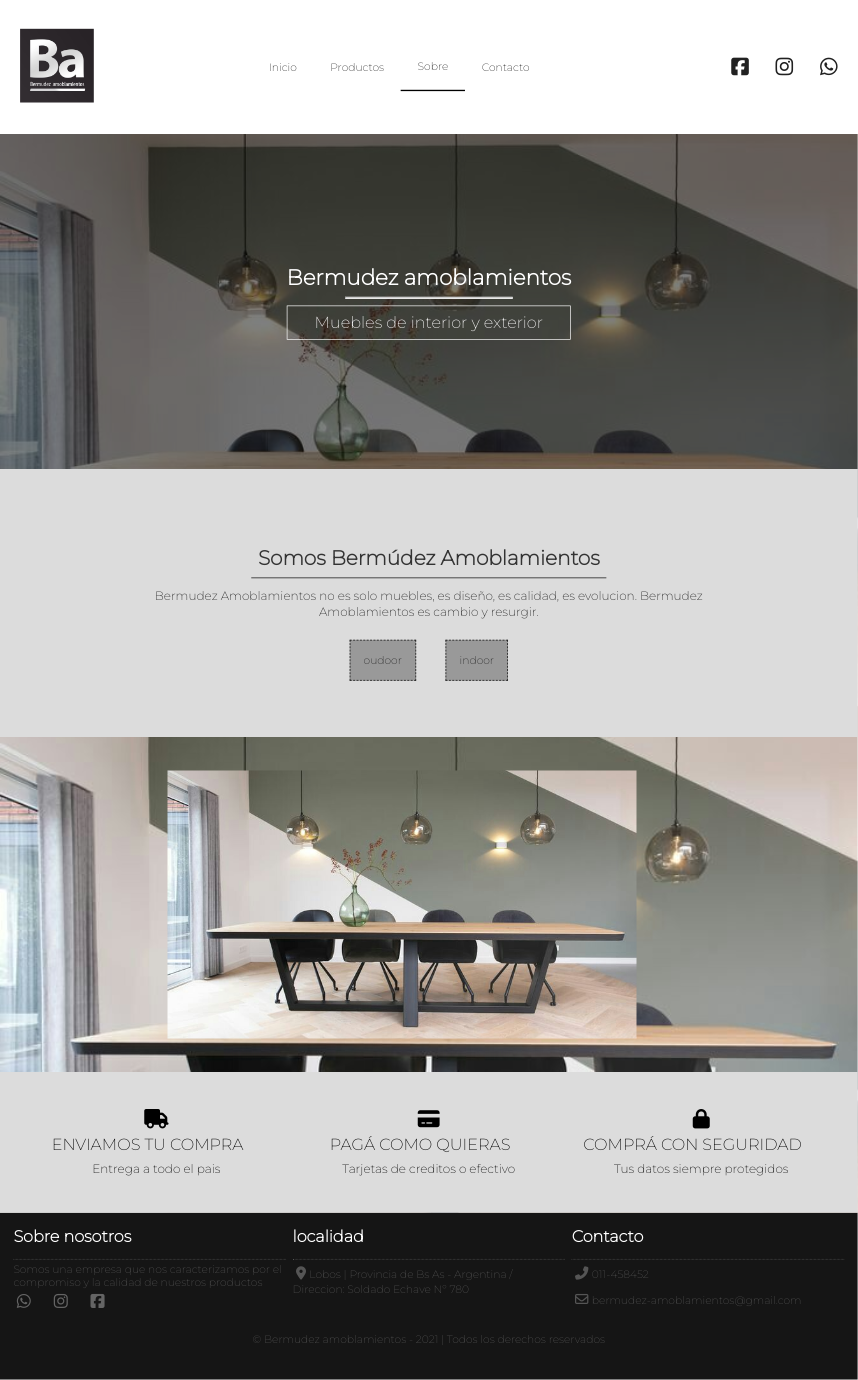
Repository: DamianBermudez94/Bermudez-amoblamientos
Page: index.html
The author's editor kept a copy of each file at every save. The page is drawn from the files as they stood at one save, then again after the next save.
The browser window is 1280 px wide. The pictures show the whole page, at 67% of full size.
Backgrounds fixed to the window are drawn as part of the page. Some web libraries are served in a nearby version.

Above is the page before, as saved 2022-09-22 18:31:54.

### index.html
<!DOCTYPE html>
<html lang="es">
<head>
    <meta charset="UTF-8">
    <meta http-equiv="X-UA-Compatible" content="IE=edge">
    <meta name="viewport" content="width=device-width, initial-scale=1.0">

    <title>Bermudez-Amoblamientos</title>
    <link rel="shortcut icon" href="Imagenes/favicon (1).jpg" type="image/x-icon">
    <!--Estilos-->
    <link rel="preconnect" href="https://fonts.googleapis.com">
    <link rel="preconnect" href="https://fonts.gstatic.com" crossorigin>
    <link href="https://fonts.googleapis.com/css2?family=Montserrat:wght@200&display=swap" rel="stylesheet">
    <script src="https://kit.fontawesome.com/bdbed0aafa.js" crossorigin="anonymous"></script>
    <link rel="preconnect" href="https://fonts.gstatic.com">
    <link href="https://fonts.googleapis.com/css2?family=Roboto:ital,wght@0,300;0,400;1,100;1,300;1,700&display=swap" rel="stylesheet">
    <!--Componente del header-->
    <script defer src="./header/header.js"></script>
    <link rel="stylesheet" href="./header/header.css">

    <!--Componente del footer-->
    <script defer src="./footer/footer.js"></script>
    <link rel="stylesheet" href="./footer/footer.css">

    <script defer src="slider.js"></script>
    <!--Estilos del index-->
    <link rel="stylesheet" href="index.css">
    <script defer src="index.js"></script>

</head>
<body>
    <!--Ir arriba-->
    <div class="go-top">
        <span><i class="fas fa-chevron-up"></i> <a href="https://www.whatsapp.com"><i class="fab fa-whatsapp"></i></a></span>
    </div>
    <header class="header">

    </header>
    <main class="main" >
        <section class="welcome">
            <div class="welcome__container">
                <h1 class="welcome__title">Bermudez amoblamientos</h1>
                <hr class="linea-title">
                <p class="welcome__sub-title">Muebles de interior y exterior</p>

            </div>
        </section>


        <section class="sobre-nosotros">
            <div class="container-tip">
                <h2 class="title-somos-nosotros">Somos Bermúdez Amoblamientos</h2>

                <p class="title-parrafo">Bermudez Amoblamientos no es solo muebles, es diseño, es calidad, es evolucion. Bermudez Amoblamientos es cambio y resurgir.</p>
                <div class="enlaces">
                    <a class="btn-enlaces" href="oudoor.html">oudoor</a>
                    <a class="btn-enlaces" href="indoor.html">indoor</a>
                </div>
            </div>
        </section>
        <!--Seccion Productos-->

            <section class="section-slider">
                <div class="flexslider">
                    <div class="slider" id="slider">
                        <div class="slider-section">
                            <img class="slider-img" src="./indoor/img-indoor/imagenes-indoor/IMG-20210325-WA0018.jpg" alt="">
                            <!--<section class="flex-slider">
                              <h2 class="slider-title">Productos al 50%</h2>
                              <p class="slider-txt">Ofertas</p>
                              <a href="" class="slider__link">Comprar</a>
                            </section>-->
                        </div>
                        <div class="slider-section">
                            <img class="slider-img" src="./indoor/img-indoor/imagenes-indoor/IMG-20210325-WA0019.jpg" alt="">
                            <!--<section class="flex-slider">
                              <h2 class="slider-title">Productos al 50%</h2>
                              <p class="slider-txt">Ofertas</p>
                              <a href="" class="slider__link">Comprar</a>
                            </section>-->

                        </div>
                        <div class="slider-section" >
                            <img class="slider-img" src="./indoor/img-indoor/imagenes-indoor/IMG-20210325-WA0028.jpg" alt="">
                            <!--<section class="flex-slider">
                              <h2 class="slider-title">Productos al 50%</h2>
                              <p class="slider-txt">Ofertas</p>
                              <a href="" class="slider__link">Comprar</a>
                            </section>-->

                        </div>
                    </div>
                    <!--<span class="btn-slider slider_btn-right" id="btn-right"><i class="fas fa-chevron-right"></i></i></span>
                    <span class="btn-slider slider_btn-left" id="btn-left"><i class="fas fa-chevron-left"></i></span>-->
                </div>
            </section>
                <!--<div class="container-editor">
                    <div class="editor__item">
                        <img src="Imagenes/IMG-20210325-WA0014.jpg" alt="" class="editor-img">
                        <p class="editor-circle">Muebles de interior</p>
                    </div>
                    <div class="editor__item">
                        <img  src="Imagenes/IMG-20210325-WA0026.jpg" alt="" class="editor-img">
                        <p class="editor-circle">Muebles de exterior</p>
                    </div>
                </div>-->
            <!--Seccion tips de compras -->
            <section class="container-tips">
                <div class="tip">
                    <i class="tip-icon fas fa-truck"></i>
                    <h2 class="tip-title">ENVIAMOS TU COMPRA</h2>
                    <p class="parrafo-tips">Entrega a todo el pais</p>

                   <!-- <a href="" class="btn-tip">Comprar</a>
                  <a href="" class="btn-tip">comprar</a>
                  <a href=""class="btn-tip">Comprar</a>-->
                </div>
                <div class="tip">
                    <i class="fas fa-credit-card"></i>
                    <h2 class="tip-title">PAGÁ COMO QUIERAS</h2>
                    <p class="parrafo-tips">Tarjetas de creditos o efectivo</p>

                </div>
                <div class="tip">
                    <i class="fas fa-lock"></i>
                    <h2 class="tip-title">COMPRÁ CON SEGURIDAD</h2>
                  <p class="parrafo-tips">Tus datos siempre protegidos</p>
                </div>

            </section>

    </main>
    <!--Footer-->

    <footer class="footer">

    </footer>
</body>
</html>

### header/header.css
/** Estilos del header **/

.header {
 background-color: #fff;

}

.main-header .container {
  position: fixed;
  top: 0;
  left: 0;
  width: 100%;
  height: 30%;
  display: flex;
  align-items: center;
  justify-content: space-between;
  background: #fff;
  z-index: 9999999999;
  padding: 50px;
}

.main-header__container {
  width: 100%;
  display: flex;
  justify-content:space-between;
  padding: 50px;
}
.redes-sociales {
  color: #212121;
  font-size: 35px;
  margin: 5px;
}

.redes-sociales:hover {
  color: #154f66;
}

.main-header__container-redes {
  display: none;
}

.title-img {
  object-fit: cover;
  width: 100px;
  height: 100px;

}
.img_title {
  position: relative;
  top: 0;
  left: 10px;
}

/** Estilos del Menu **/
.main-nav {
  opacity: 0;
  visibility: hidden;
  transition: all 0.5s;
  z-index: 9999999;
}
.mostrar {
  opacity: 1;
  visibility: visible;
}

.menu {
  position: absolute;
  top: 120px;
  left: 0;
  background: #212121;
  width: 100%;
  list-style: none;
  margin: 0;
  padding: 0;
}
.menu__items {
  margin: auto;
}

.menu-link {
  padding: 25px;
  border-bottom: 1px solid #646464;
  color: #fff;
  text-decoration: none;
  display: block;
}
.menu-link:hover {
  background: #000;
  color: #fff;
}

.sub-menu {
  display: none;
}

.sub-link {
  padding-left: 45px;
  border-bottom: 1px solid #646464;
  text-decoration: none;
  color: #fff;
  display: block;
  font-weight: 300;
  font-size: 16px;
}
.sub-link:hover {
  background: #000;
  color: #fff;
  width: 100%;
}
.sub-items .sub-link {
  list-style: none;
  margin: 0 10px;
  padding: 25px 0;
  padding-left: 48px;
}

.main-header__btn {
  border: 1px solid #000;
  display: block;
  padding: 10px 30px;
  color: #000;
  margin: 10px 0;
  text-decoration: none;
}
.btn-menu{
  position: relative;
  top: 35px;
  left: 95px;
  cursor: pointer;
  transition: all 0.5s ease-in-out ;
}
.menu-btn_burger{
  width: 30px;
  height: 3px;
  position: relative;
  top: 35px;
  left: 20px;
  border-radius: 5px;
  background-color: #000;
  transition: all 0.5s ease-in-out;
}
.menu-btn_burger::before,
.menu-btn_burger::after{
 content: "";
 position: absolute;
 top:0;
 left: 0;
 width: 30px;
 height: 3px;
 background-color: #000;
 border-radius: 5px;
 transition: all 0.5s ease-in-out;
}
.menu-btn_burger::before{
  transform: translateY(-16px);
}
.menu-btn_burger::after{
  transform: translateY(16px);
}
.btn-menu.open .menu-btn_burger {
  transform: translateX(-50px);
  background-color: transparent;
}
.btn-menu.open .menu-btn_burger::before {
  transform: rotate(45deg) translate(35px, -35px);
}
.btn-menu.open .menu-btn_burger::after {
  transform: rotate(-45deg) translate(35px, 35px);
}
@media (min-width: 760px) {
  .header {
    height: 200px;
    justify-content: space-between;

  }

  .main-header__container{
    height: 200px;
    padding: 50px;
  }
  .main-header__container-redes{
    display: flex;
    justify-content: space-between;
    align-items: center;
    padding: 20px;
  }
  .redes-sociales {
    color: #212121;
    font-size: 25px;
    margin: 10px;
    position: relative;
    top: 0;
    left: 0;
    display: block;
  }
  .img_title {
   top: 30px;
  }

  .menu {
    top: 180px;
  }
  .title-somos-nosotros {
    font-size: 28px;
    text-align: center;
    padding: 10px;
  }
}


@media (min-width: 960px) {

  .main-header__container {
    display: flex;
    align-items: center;
    justify-content: space-between;
    padding: 10px;

  }

  .main-nav {
    visibility: visible;
    opacity: 1;
    width: 100%;
    right: 25px;
    margin: 0;
    padding: 15px;
  }
  .main-header-link {
    color: #333;
    border-bottom: none;
  }
  .main-header__container .main-nav .menu li a.active {
    border-bottom: 2px solid #000;
  }

  .menu {
    position: static;
    width: 100%;
    display: flex;
    align-items: center;
    justify-content: center;
    background: none;
  }

  .menu__items {
    padding: 0;
    margin: 0;
    display: flex;
  }
  .menu-link {
    color: #212121;
    border-bottom: none;
  }
  .menu-link:hover {
    color: #f7f7f7;
  }

  .main-nav .menu .sub-menu {
    display: none;
    transition: all 0.5s;
  }
  .main-nav .menu .menu__items {
    display: flex;
    justify-content: space-between;
    align-items: center;
  }

  .menu .menu__items:hover .sub-menu {
    display: block;
    position: absolute;
    top: 120px;
    left: 485px;
    width: 300px;
  }

  .sub-link {
    position: relative;
    top: 15px;
    left: 15px;
    width: 300px;
    text-decoration: none;
    color: #151515;
    background: #f7f7f7;
    font-size: 16px;
    transition: all 0.5s;
  }
  .sub-link:hover {
    max-width: 300px;
    color: #fff;
    background: #151515;
  }
  .sub-items {
    list-style: none;
  }

  .title-img {
    object-fit: cover;
    font-size: 24px;
    width: 150px;
    height: 150px;
    padding: 20px;
    margin: 0;
  }
  .img_title {
    position: initial;
  }

  .main-header__container-redes {
    padding: 20px;
  }
  .redes-sociales {
    position: relative;
    top: 0;
    left: 20px;
    margin: 15px;
    padding: 5px;
    font-size: 30px;
    display: block;
  }
  .btn-menu {
    display: none;
  }
}

### footer/footer.css
/** Estilos Del footer **/

.footer {

  padding: 20px;
  background: #151515;
  color: #fff;
}
.redes-footer {
  padding: 15px;
  position: relative;
  top: 0;
  left: -10px;
  font-size: 1.5em;
  color: #646464;
  margin: 0;
  transition: all 0.5s;
}
.redes-footer:hover {
  color: #fff;
}
.footer-txt {
  color: #555;
  padding: 5px 0;
}
.footer-link {
  color: #555;
  text-decoration: none;
  display: block;
  padding: 10px 0;
}

.title-footer {
  border-bottom: 1px dotted #555;
  padding-bottom: 20px;
}
.redes {
  font-size: 20px;
  margin: 5px;
}
.container-copy{
  text-align: center;
  padding: 10px;
}
.copy {
  color: #555;
  margin: 10px 0;
  padding: 10px;
}
@media screen and (min-width:720px) {
  .container-footer {

    display: grid;
    grid-template-columns: repeat(3, 1fr);
    gap: 10px;

  }

}

### index.css
* {
  padding: 0;
  margin: 0;
  box-sizing: border-box;
  font-family: 'Montserrat', sans-serif;
}

/** Go top **/
.go-top {
  position: fixed;
  bottom: 0px;
  right: -100%;
  width: 50px;
  height: 50px;

  background: #fff;
  z-index: 9999;
  display: flex;
  justify-content: center;
  align-items: center;
  cursor: pointer;
  transition: 500ms;
}
.go-top:hover {
  border: 2px solid #fff;
  border-radius: 50%;
  background: rgb(71, 71, 71);
}
.go-top:hover span {
  color: #fff;
}
.go-top > span {
  font-size: 25px;
  color: #000;
}
main{
  background: url("./indoor/img-indoor/imagenes-indoor/IMG-20210325-WA0018.jpg");
  background-attachment: fixed;
  background-position:center;
  background-size:cover;
}

/** Diseño del Welcome**/

.welcome {
  width: 100%;
  height: 500px;
  background-color: rgba(0, 0, 0, 0.5);
  display: flex;
  align-items: center;
  justify-content: center;
  flex-direction: column;
}

.welcome__title {
  font-size: 32px;
  color: #fff;
  font-weight: 700;
  text-align: center;
  margin: 10px;
}

.welcome hr {
  width: 250px;
  margin: auto;
  height: 3px;
  background: #fff;
}
.welcome__sub-title {
  font-size: 24px;
  margin: 10px;
  color: #fff;
  border: 1px solid #fff;
  padding: 10px;

  text-align: center;
}

/** Fin del style**/

/********* Seccion sobre nosotros ****/
.sobre-nosotros{
  width: 100%;
  height: 400px;
}
.container-tip {
  display: flex;
  justify-content: center;
  align-items: center;
  flex-direction: column;
  height: 100%;
  margin: 0;
  padding:10px;
  background-color: #dcdcdc;
}
.title-somos-nosotros {

  font-size: 24px;
  font-weight: bold;
  text-align: center;
  color: #333;
  border-bottom: 1px solid #000;
}

.title-parrafo {
 width: 70%;
  text-align: center;
  font-weight: 400;
  font-size: 18px;
  margin-top: 15px;
  line-height: 24px;
  color: #151515;
}
.enlaces {
  margin-top: 50px;
}
.btn-enlaces {
  width: 100%;
  padding: 20px;
  margin:20px;
  text-decoration: none;
  border: 1px dashed #000;
  transition: all 0.5s;
  cursor: pointer;
  color: #212121;
  background: #999999;
}
.btn-enlaces:hover {
  background: #212121;
  color: #fff;
}


/*****Diseño del slider****/

.flexslider {
  width: 100%;
  height: 500px;
  position: relative;
  overflow: hidden;

}
.slider {
  display: flex;
  width: 300%;
  height: 300px;
  margin-left: -100%;
  position: relative;
}


.slider-section {
  position: relative;
  top: 50px;
  width: 100%;
  display: flex;
  justify-content: center;
  align-items: center;

}

.slider-img {
  position: absolute;
  top: 0;
  width: 300px;
  height: 400px;
  object-fit: cover;

}



/** Seccion tips informaticos **/

.container-tips {
  height: 500px;
  padding: 30px;
  text-align: center;
  background-color: #dcdcdc;
}
.tip-title {
  font-size: 16px;
  font-weight: 300;
}

.tip i {
  font-size: 24px;
  padding: 20px 0;
}
.parrafo-tips {
  font-size: 14px;
  text-align: center;
  font-weight: 300;
  margin-top: 8px;
}

/** Estilo responsive para tablet **/

@media screen and (min-width: 768px) {

  .slider-img {
    width: 600px;
    height: 400px;
    object-fit: cover;

  }
  .container-tips {
    display: grid;
    grid-template-columns: repeat(3, 1fr);
  }
  .tip-icon {
    font-size: 29px;
  }
  .tip-title {
    font-size: 24px;
    font-weight: 700;
  }
  .parrafo-tips {
    font-size: 18px;
  }
  .title-somos-nosotros{
    font-size: 30px;
  }
}

@media (min-width: 1024px) {
  /**header **/
  .header-img {
    display: flex;
    justify-content: center;
    align-items: center;
    margin: 0 auto;
  }
  .header-img .welcome h1 {
    font-size: 50px;
    color: #fff;
    font-weight: 700;

    margin-bottom: 35px;
  }
  .header-img .welcome .linea-title {
    width: 400px;
    height: 5px;
    background: #fff;
    border: none;
    margin-top: -15px;
    text-align: center;
  }
  .header-img .welcome p {
    width: 500px;
    font-size: 30px;
    font-weight: 200;
    color: #fff;
    border: 3px solid #fff;
    padding: 10px;
    margin-top: 30px;
  }

  /** Fin del header **/


  /**** Seccion slider ****/

  .slider-img {
    width: 600px;
    height: 400px;


  }



  /***** Seccion Tips **/
  .container-tips {
    width: 100%;
    height: 100%;
    position: relative;
  }

  .tip-title {
    padding-right: 26px;
    font-weight: 400;
  }
  .tip {
    padding: auto;
    margin: 15px auto;
  }
  .tip i {
    font-size: 29px;
    text-align: center;
    padding: 10px 10px;
  }
  .parrafo-tips {
    font-size: 18px;
    margin: 10px auto;
  }
}
@media screen and (min-width: 1280px) {
  .main-header {
    position: relative;
    width: 100%;
  }
  .main-header .container {
    position: absolute;
    top: 0;
    left: 0;
    width: 100%;
    height: 30%;
    background: #fff;
    display: flex;
    justify-content: space-between;
    align-items: center;
    z-index: 9999999999;
  }
  .container {
    width: 1000px;
    margin: auto;
  }
  .main-header__container:nth-child(3) {
    padding-left: 50px;
  }


  .slider-img {
    width: 700px;
    height: 400px;

  }
}
@media screen and (min-width: 1600px) {
  .main-header {
    position: relative;
    width: 100%;
  }
  .main-header .container {
    position: fixed;
    top: 0;
    left: 0;
    width: 100%;
    height: 30%;
    background: #fff;
    display: flex;
    justify-content: space-between;
    align-items: center;
    z-index: 9999;
  }
  .container {
    width: 1400px;
    margin: auto;
  }
  .main-header__container:nth-child(3) {
    padding-left: 100px;
  }
}

### footer/footer.js
function footerComponet(el) {
  const footerEl = document.createElement("div");
  footerEl.innerHTML = `  <div class="container-footer">
    <div class="footer-section">
        <h2 class="title-footer">Sobre nosotros</h2>
        <p class="footer-txt">Somos una empresa que nos caracterizamos por el compromiso y la calidad de nuestros productos</p>
        <a href="" class="redes-footer"><i class="fab fa-whatsapp"></i></a>
        <a href="" class="redes-footer"><i class="fab fa-instagram"></i></a>
        <a href="" class="redes-footer"><i class="fab fa-facebook-square"></i></a>
    </div>

    <div class="footer-section">
      <h2 class="title-footer">localidad</h2>
      <p class="footer-txt"><i class="fas fa-map-marker-alt redes"></i>Lobos | Provincia de Bs As - Argentina / Direccion: Soldado Echave Nº 780</p>

    </div>
    <div class="footer-section">
      <h2 class="title-footer">Contacto</h2>
      <p class="footer-txt"><i class="fas fa-phone-alt redes"></i>011-458452</p>
      <p class="footer-txt"><i class="far fa-envelope redes"></i>bermudez-amoblamientos@gmail.com</p>
    </div>



  </div>
  <div class="container-copy">
    <p class="copy">&copy; Bermudez amoblamientos - 2021 | Todos los derechos reservados </p>
  </div>
  `;

  el.appendChild(footerEl);
  console.log("sadasdasd", footerEl);
}

### slider.js
// Animacion slider

const slider = document.querySelector("#slider");
let sliderSection = document.querySelectorAll(".slider-section");
let sliderSectionLast = sliderSection[sliderSection.length - 1];

slider.insertAdjacentElement("afterbegin", sliderSectionLast);

function nextRight() {
  let sliderSectionFirts = document.querySelectorAll(".slider-section")[0];

  slider.style.marginLeft = "-200%";
  slider.style.transition = "0.8s ease-in-out";

  setTimeout(function () {
    slider.style.transition = "none";
    slider.insertAdjacentElement("beforeend", sliderSectionFirts);
    slider.style.marginLeft = "-100%";
  }, 1200);
}
function Prev() {
  let sliderSection = document.querySelectorAll(".slider-section");
  let sliderSectionLast = sliderSection[sliderSection.length - 1];
  slider.style.marginLeft = "0";

  setTimeout(function () {
    slider.style.transition = "none";
    slider.insertAdjacentElement("afterbegin", sliderSectionLast);
    slider.style.marginLeft = "-100%";
  }, 1200);
}

/*btnLeft.addEventListener("click", function () {
  Prev();
});
const btnRight = document.querySelector("#btn-right");
const btnLeft = document.querySelector("#btn-left");

btnRight.addEventListener("click", function () {
  nextRight();
});*/

setInterval(function () {
  nextRight();
}, 5000);

### index.js
function main() {
  headertComponet(document.querySelector(".header"));
  footerComponet(document.querySelector(".footer"));

  menu();
}
main();

Loaded but not shown: header/header.js (89 lines, source omitted)

After the next save:
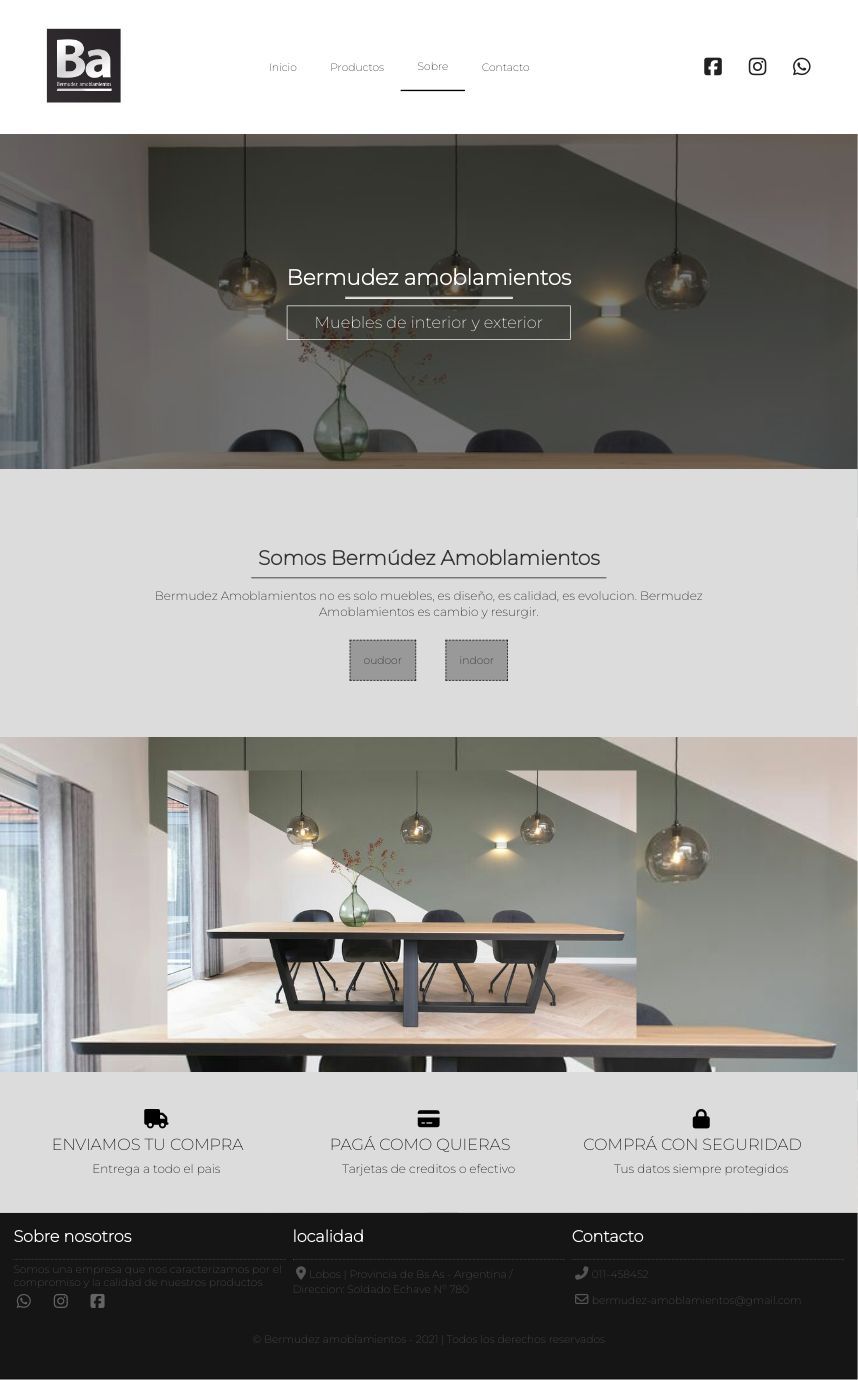
Saved 12 s later.
--- a/header/header.css
+++ b/header/header.css
@@ -214,7 +214,8 @@
     display: flex;
     align-items: center;
     justify-content: space-between;
-    padding: 10px;
+    padding: 50px;
+
 
   }
 
